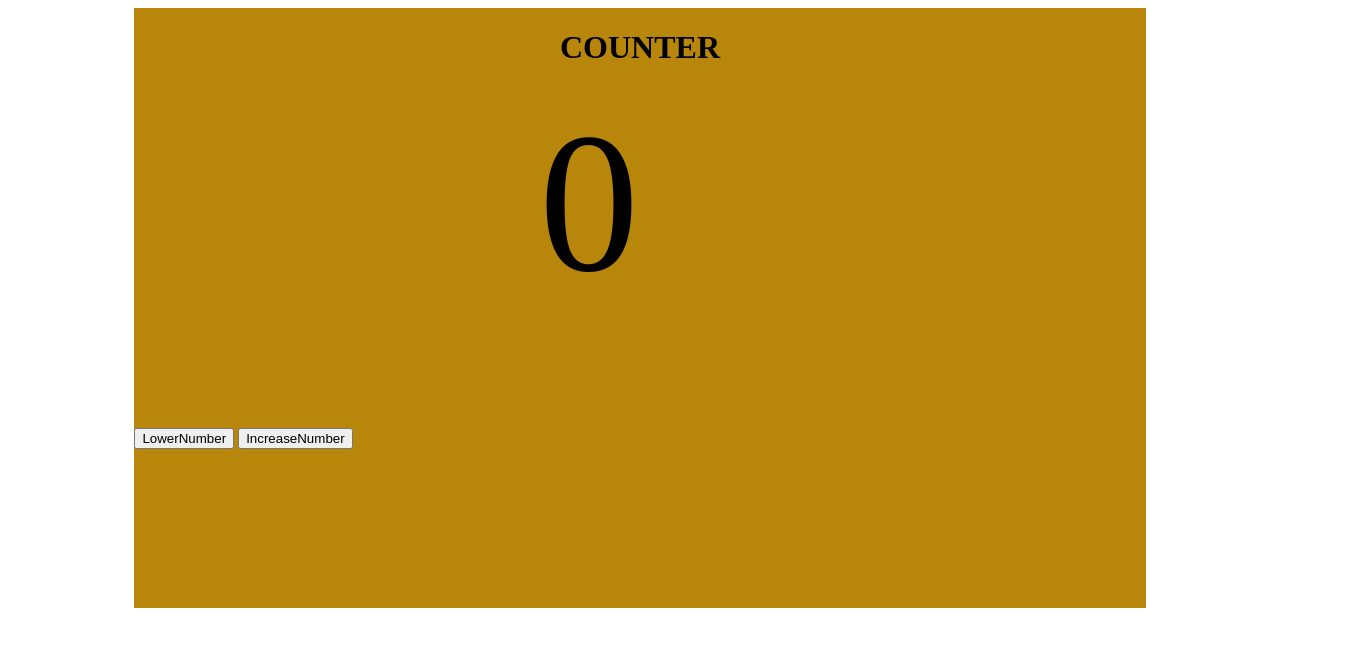
Repository: Sgalstyan06/counterNum
Page: index.html
An editor plug-in stored every save of this project. The page is shown before and after the next save, followed by the edit.
The browser window is 1280 px wide. The page is 1348 px wide, then 1280 px, so the pictures cover 1348 px, including what lies to the right of the window. The pictures show the whole page.

Above is the page before, as saved 2022-02-14 16:55:44.

### index.html
<!DOCTYPE html>
<html lang="en">
<head>
    <meta charset="UTF-8">
    <meta http-equiv="X-UA-Compatible" content="IE=edge">
    <meta name="viewport" content="width=device-width, initial-scale=1.0">
    <title>Document</title>
    <link rel="stylesheet" href="./style.css">
</head>
<body>
    <div class="main">
        <div><h1>COUNTER</h1></div>

        <div class="result">0</div>
        <div class="buttons">
            <button class="LowerNumber">LowerNumber</button>
            <button class="IncreaseNumber">IncreaseNumber</button>
        </div>
    </div>
    <script src="./script.js"></script>
</body>
</html>

### style.css
.main{
    width: 80%;
    height: 600px;
    margin: 0 auto;
    background-color: darkgoldenrod;
    display: flex;
    flex-direction: column;
}
h1{
    text-align: center;
   /* padding-left: 40%; */
}

.result{
    width: 80%;
    height: 340px;
    font-size: 200px;
    padding-left: 40%;
}

Loaded but not shown: script.js (no stored copy; drawn as an empty file)

After the next save:
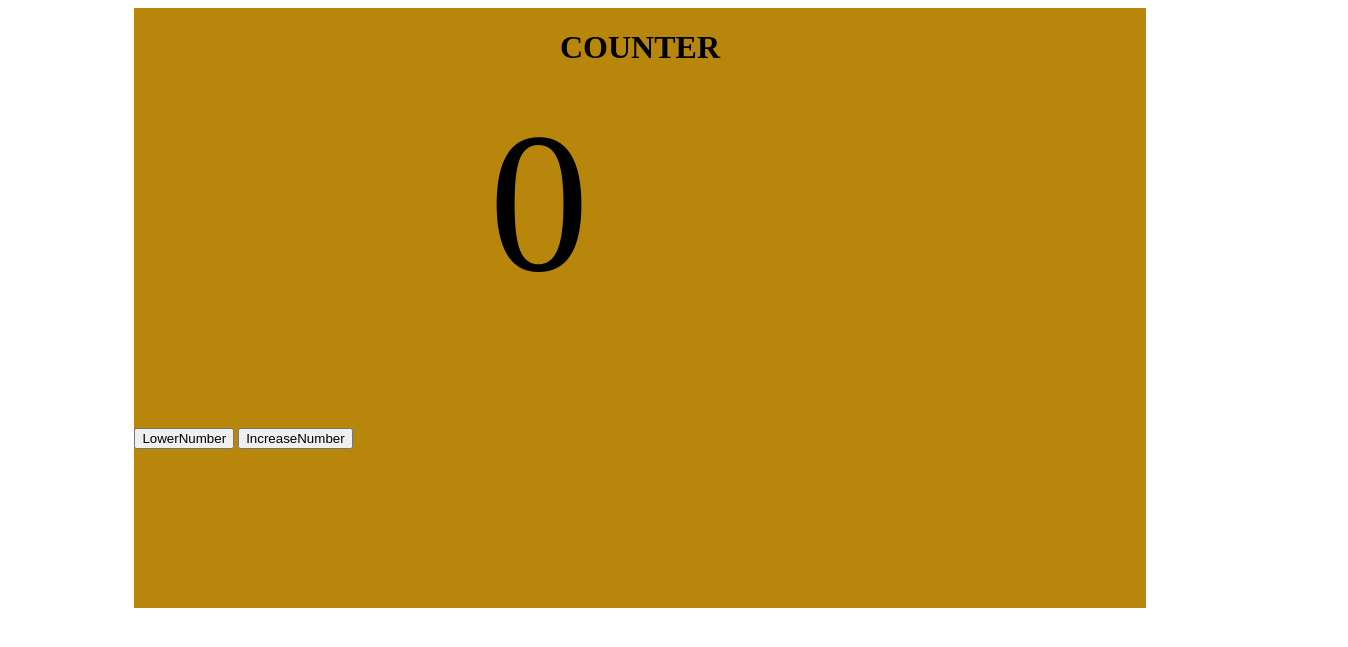
Saved 19 s later.
--- a/style.css
+++ b/style.css
@@ -15,5 +15,5 @@ h1{
     width: 80%;
     height: 340px;
     font-size: 200px;
-    padding-left: 40%;
+    text-align: center;
 }
